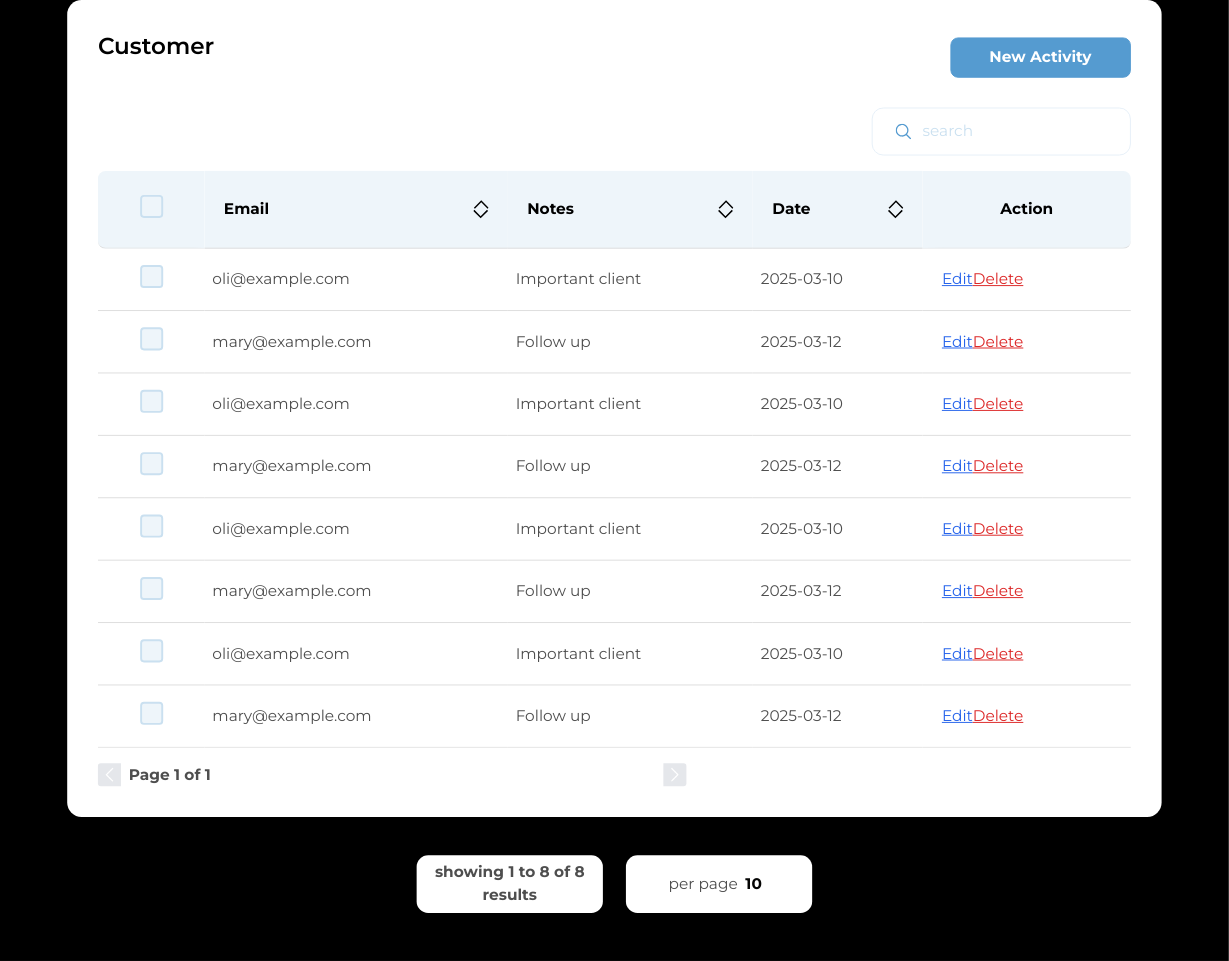
Repository: Abdelrhman-asker-smart/JsdcPIF
Page: tableAcitviy.html
These files come from the project's save history. The page is drawn as it stood at one moment and after the next save; the edit follows.
The browser window is 1280 px wide. The pictures show the whole page, at 96% of full size.
Some web libraries are served in a nearby version.

Above is the page before, as saved 2025-03-10 11:13:57.

After the next save:
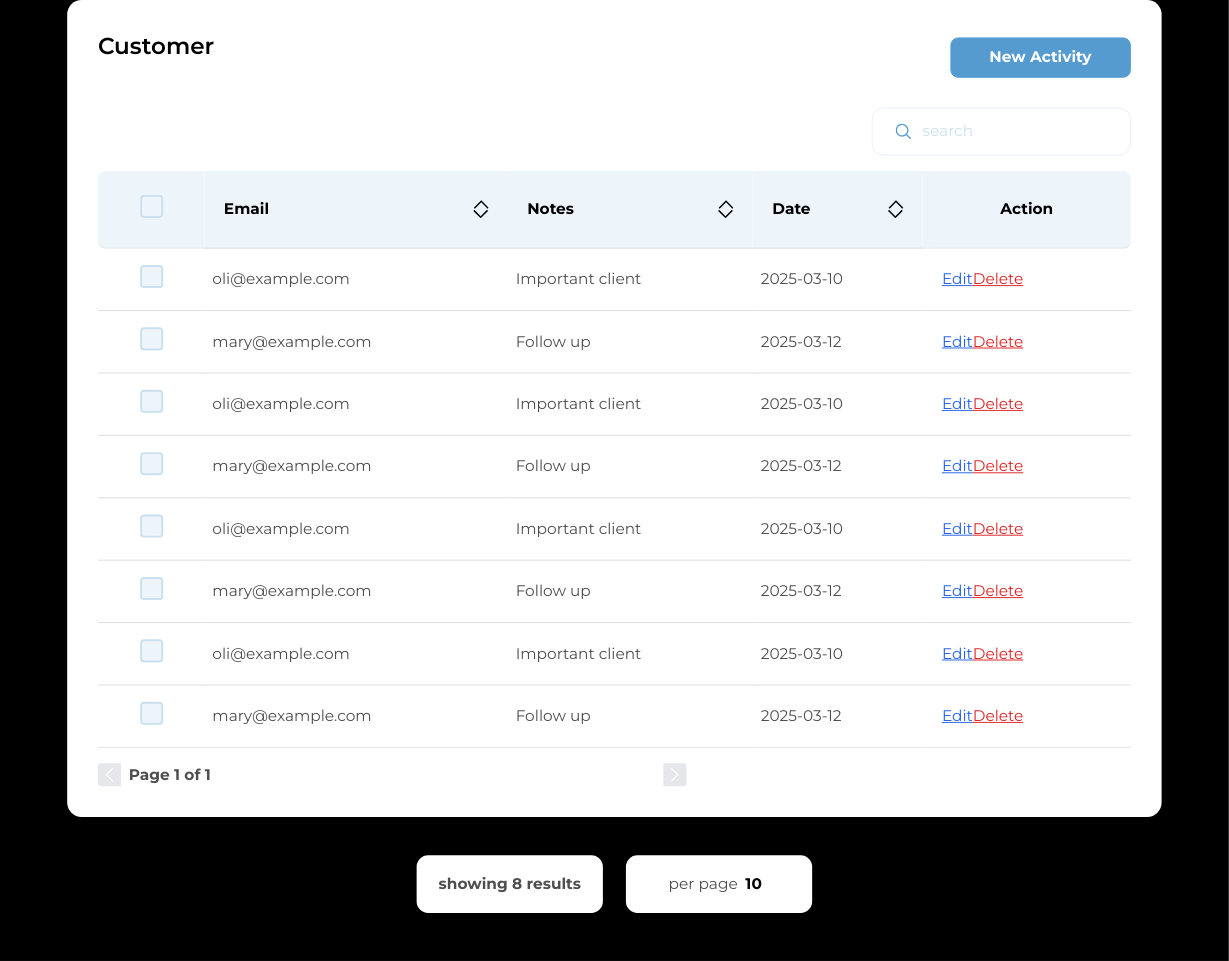
Saved 10 s later.
--- a/tableAcitviy.html
+++ b/tableAcitviy.html
@@ -515,7 +515,7 @@ New Activity            </button>
       const totalResults = activities.length;
       const start = currentPage * rowsPerPage + 1;
       const end = Math.min((currentPage + 1) * rowsPerPage, totalResults);
-      resultsText.textContent = `showing ${start} to ${end} of ${totalResults} result${totalResults > 1 ? "s" : ""}`;
+      resultsText.textContent = `showing  ${end} result${totalResults > 1 ? "s" : ""}`;
     }
 
     prevButton.addEventListener("click", () => {
